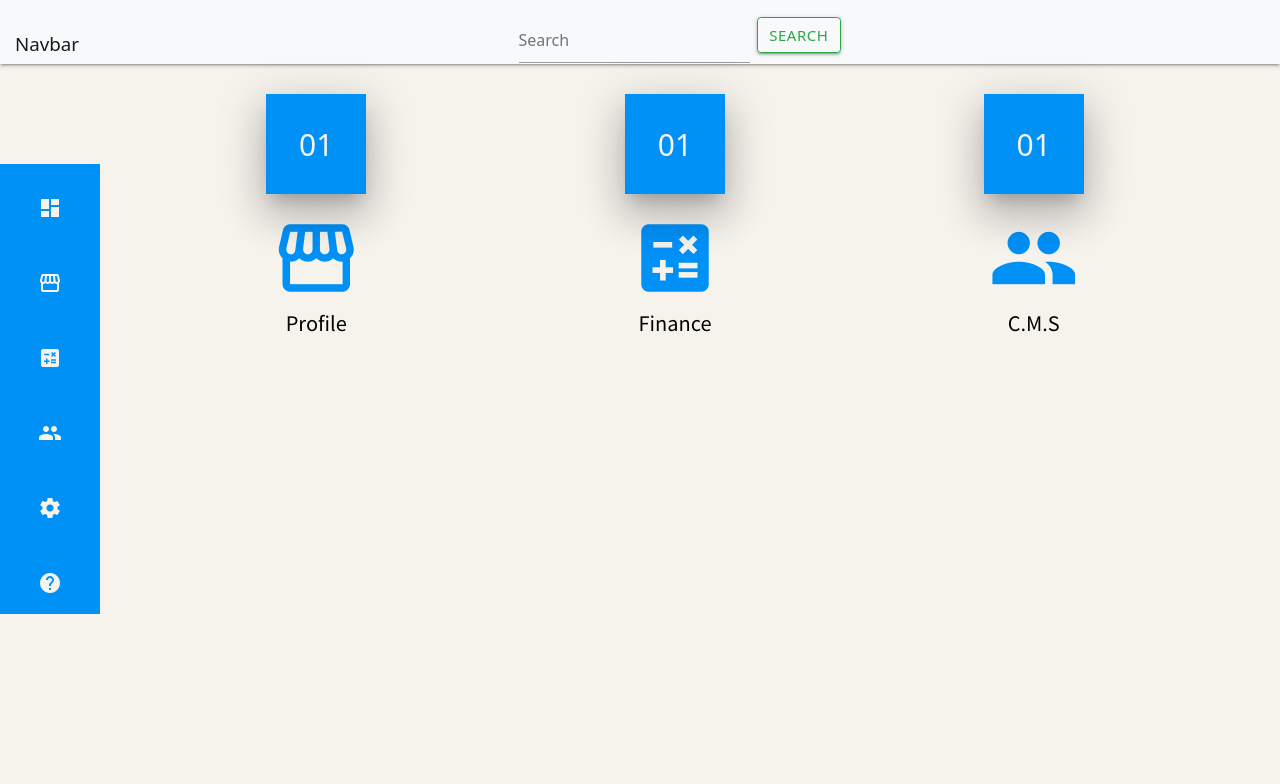
Repository: latenightsnacc/AllinOne
Page: Design/dashboard.html
An editor plug-in stored every save of this project. The page is shown before and after the next save, followed by the edit.
The browser window is 1280 px wide. The pictures show the whole page.
The style sheet was rebuilt from its Sass, Less or Tailwind sources for each picture, by a compiler version that may differ from the author's.

Above is the page before, as saved 2020-09-17 09:09:41.

### Design/dashboard.html
<!DOCTYPE html>
<html lang="en">
<head>
    <meta charset="UTF-8">
    <meta name="viewport" content="width=device-width, initial-scale=1.0">
    <!--Icons-->
    <link href="https://fonts.googleapis.com/icon?family=Material+Icons" rel="stylesheet">
    <!-- Compiled and minified CSS -->
    <link rel="stylesheet" href="https://cdnjs.cloudflare.com/ajax/libs/materialize/1.0.0/css/materialize.min.css">
    <link rel="stylesheet" href="https://stackpath.bootstrapcdn.com/bootstrap/5.0.0-alpha1/css/bootstrap.min.css" integrity="sha384-r4NyP46KrjDleawBgD5tp8Y7UzmLA05oM1iAEQ17CSuDqnUK2+k9luXQOfXJCJ4I" crossorigin="anonymous">
    <!--Custom css-->
    <link rel="stylesheet" href="sidebar.css">
    <title>Welcome Page</title>
</head>
<body>
    <!--Navbar-->
    <nav class="navbar navbar-light bg-light">
        <div class="container-fluid">
          <a class="navbar-brand">Navbar</a>
          <form class="d-flex">
            <input class="form-control mr-2" type="search" placeholder="Search" aria-label="Search">
            <button class="btn btn-outline-success" type="submit">Search</button>
          </form>
        </div>
    </nav>
    <!-- <div class="navbar-fixed">
        <nav>
          <div class="nav-wrapper">
            <a href="#!" class="brand-logo">Logo</a>
            <ul class="right">
              <li><a href="index.html">Vidooc Laundry & Drycleaning Services</a></li>
            </ul>
          </div>
        </nav>
    </div> -->
    <!--Sidebar-->
    <div class="side-bar">
        <ul>
          <li>
            <a href="#" class="sidebar-icon">
                <i class=" material-icons">dashboard</i>
            </a>

          </li>
          <li>
            <a href="#" class="sidebar-icon">
                <i class=" material-icons">storefront</i>
            </a>
          </li>
          <li>
            <a href="#" class="sidebar-icon">
                <i class=" material-icons">calculate</i>
            </a>
          </li>
          <li>
            <a href="#" class="sidebar-icon">
                <i class=" material-icons">people</i>
            </a>
          </li>
          <li>
            <a href="#" class="sidebar-icon">
                <i class=" material-icons">settings</i>
            </a>
          </li>
          <li>
            <a href="#" class="sidebar-icon">
                <i class=" material-icons">help</i>
            </a>
          </li>
        </ul>
    </div>

    <div class="wrapper" >
        <div class="content ">
            <!-- <div class="container">
                <div class="welcome-box py-5 text-center">
                    <h1 class="biz-title">Vidooc Laundry</h1>
                </div>
            </div> -->
            <!--Row-->
            <div class="container">
                <div class="row ml-5  py-5">
                    <div class="col-xs-12 col-sm-12 col-md-4 col-lg-4 col-xl-4 col-xxl-4">
                        <a href="#">
                            <div class="cardNew  greyBs my-5 ">
                                <div class="card-top z-depth-5">
                                    01
                                </div>
                                <div class="card-content">
                                    <div class="card-icon">
                                        <i class="large material-icons">storefront</i>
                                    </div>
                                    <div class="card-title text-center">Profile</div>

                                </div>
                            </div>
                        </a>
                    </div>
                    <div class="col-xs-12 col-sm-12 col-md-4 col-lg-4 col-xl-4 col-xxl-4">
                        <a href="#">
                            <div class="cardNew my-5 greyBs">
                                <div class="card-top z-depth-5">
                                    01
                                </div>
                                <div class="card-content">
                                    <div class="card-icon">
                                        <i class="large material-icons">calculate</i>
                                    </div>
                                    <div class="card-title text-center">Finance</div>

                                </div>
                            </div>
                        </a>
                    </div>
                    <div class="col-xs-12 col-sm-12 col-md-4 col-lg-4 col-xl-4 col-xxl-4">
                        <a href="#">
                            <div class="cardNew my-5 greyBs">
                                <div class="card-top z-depth-5">
                                    01
                                </div>
                                <div class="card-content">
                                    <div class="card-icon">
                                        <i class="large material-icons">people</i>
                                    </div>
                                    <div class="card-title text-center">C.M.S</div>

                                </div>
                            </div>
                        </a>
                    </div>
                </div>
            </div>
        </div>

    </div >

    <script src="https://cdn.jsdelivr.net/npm/popper.js@1.16.0/dist/umd/popper.min.js" integrity="sha384-Q6E9RHvbIyZFJoft+2mJbHaEWldlvI9IOYy5n3zV9zzTtmI3UksdQRVvoxMfooAo" crossorigin="anonymous"></script>
    <script src="https://stackpath.bootstrapcdn.com/bootstrap/5.0.0-alpha1/js/bootstrap.min.js" integrity="sha384-oesi62hOLfzrys4LxRF63OJCXdXDipiYWBnvTl9Y9/TRlw5xlKIEHpNyvvDShgf/" crossorigin="anonymous"></script>
</body>
</html>

### Design/sidebar.scss
@import 'variables';

*{
    margin: 0;
    padding: 0;
    box-sizing: border-box;
    list-style: none;
    a {
        text-decoration: none;

    }
    &:before,&:after {
        box-sizing: border-box;
    }
    :after {
        content: "";
    }
}

body, html {
    background: $grey;
    overflow-x: hidden;
}
.wrapper {
    min-height:100vh;
    margin-left: 100px;

}
.cardNew{
    display: flex;
    flex-direction: column;
    align-items: center;
    justify-content: center;
    width: 250px;
    height: 250px;
    position: relative;
    background-color: $grey;


    .card-content{
        color: $blue2;

    }

    .card-top {
        position: absolute;
        top:-60px;
        left: 75px;
        width: 100px;
        height: 100px;
        background-color: $blue2;
        display: flex;
        align-items: center;
        justify-content: center;
        font-size: 30px;
        color: $grey;


    }

    &:hover {
        box-shadow: $bsGrey;
        border-radius: $borderR;
    }

}
.card-title {
    font-family: $fontNoto;
    font-size: 20px;
    color: black;
}
.biz-title {
    font-family: $fontNoto;
    font-size: 50px;
    color: $blue2;
}

a.sidebar-icon {
    color: $grey;
    font-size: 50px;
}
.side-bar {
    float: left;
	position: fixed;
	top: 200;
    left: 0;
    background: transparent;
    margin-top: 100px;
}

.side-bar ul {
	text-align: center;
}

.side-bar ul li {
	position: relative;
  width: 100px;
  cursor: pointer;
	background: $blue2;
	text-transform: uppercase;
	transition:all .4s ease-out;
}

.side-bar ul li:after {
	position: absolute;
	background: $grey;
	color: $blue2;
	top:0;
	left: 100px;
	width: 100px; height: 100%;
  opacity:.5;
  transform: perspective(400px) rotateY(90deg);
	transform-origin: 0 100%;
	transition:all .4s ease-out;
}

.side-bar ul li:nth-child(1):after {
    display: flex;
    align-items: center;
    justify-content: center;
    content: "Dashboard";
	line-height: 88px;
}
.side-bar ul li:nth-child(2):after {
    content: "Profile";
    display: flex;
    align-items: center;
    justify-content: center;
	line-height: 88px;
}
.side-bar ul li:nth-child(3):after {
    display: flex;
    align-items: center;
    justify-content: center;
	content: "Finance";
	line-height: 85px;
}
.side-bar ul li:nth-child(4):after {
    display: flex;
    align-items: center;
    justify-content: center;
	content: "CMS";
	line-height: 70px;
}
.side-bar ul li:nth-child(5):after {
    display: flex;
    align-items: center;
    justify-content: center;
	content: "Settings";
	line-height: 70px;
}
.side-bar ul li:nth-child(6):after {
    display: flex;
    align-items: center;
    justify-content: center;
	content: "Help";
	line-height: 70px;
}

.side-bar ul li:hover {
	transform: translateX(-100px);
}

.side-bar ul li:hover:after {
  opacity: 1;
	transform: perspective(400px) rotateY(0deg) scale(1) ;
}


.side-bar ul li > div {
	display: inline-block;
	padding: 25px 0;
	background: transparent;
}

.side-bar ul li div { position: relative; }

### Design/_variables.scss
@import url('https://fonts.googleapis.com/css2?family=Roboto+Mono&display=swap');
@import url('https://fonts.googleapis.com/css2?family=Noto+Sans+HK:wght@100;400&display=swap');

$fontRoboto: 'Roboto Mono', monospace;
$fontNoto: 'Noto Sans HK', sans-serif;
$blue: #55b9f3;
$blue2: #0091f7;
$white: #fff;
// $grey: #bdcfe5;
$grey: #f6f3ed;
$borderR: 50px;
$dark: black;
$Brb: 50px;
$bsGrey:  -30px -30px 60px #d1cfc9,
30px 30px 60px #ffffff;
$bsBlue:  -30px -30px 60px #489dcf,
30px 30px 60px #62d5ff;;

After the next save:
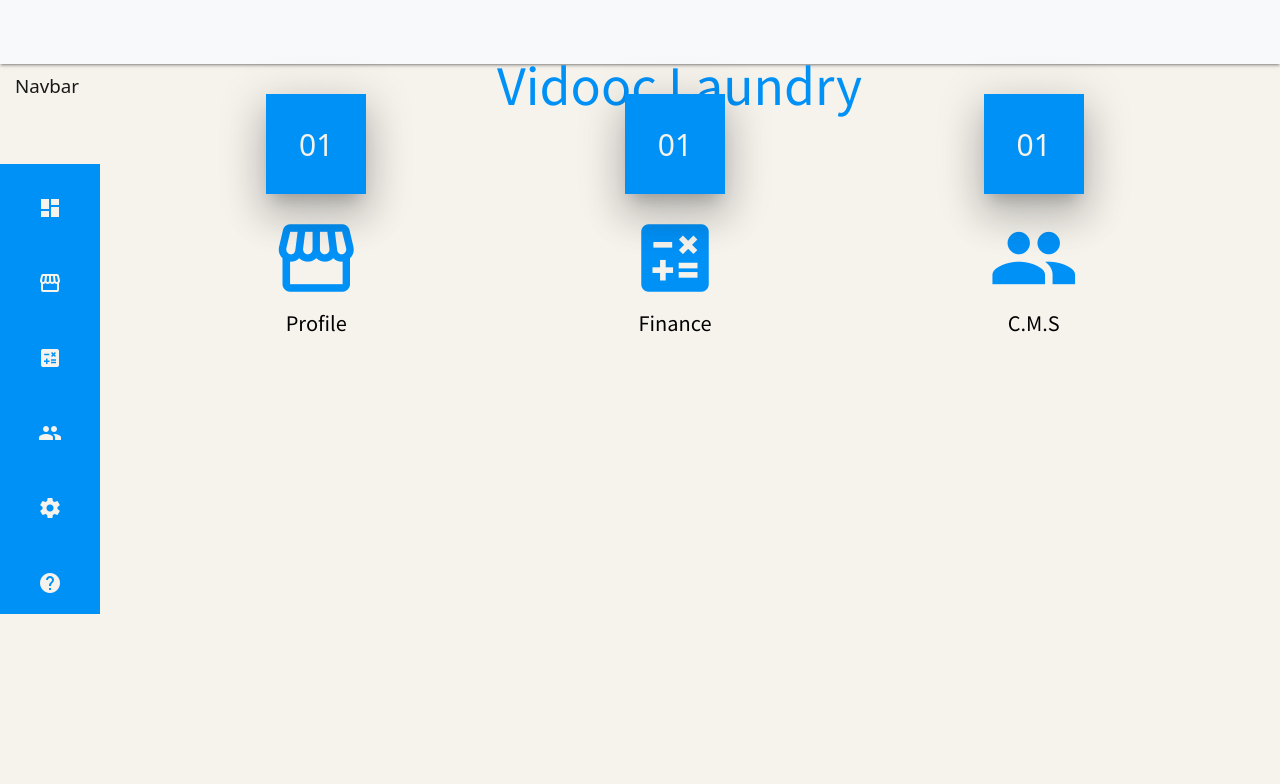
Saved 53 s later.
--- a/Design/dashboard.html
+++ b/Design/dashboard.html
@@ -17,10 +17,9 @@
     <nav class="navbar navbar-light bg-light">
         <div class="container-fluid">
           <a class="navbar-brand">Navbar</a>
-          <form class="d-flex">
-            <input class="form-control mr-2" type="search" placeholder="Search" aria-label="Search">
-            <button class="btn btn-outline-success" type="submit">Search</button>
-          </form>
+            <div class="welcome-box py-5 text-center">
+                <h1 class="biz-title">Vidooc Laundry</h1>
+            </div>
         </div>
     </nav>
     <!-- <div class="navbar-fixed">
